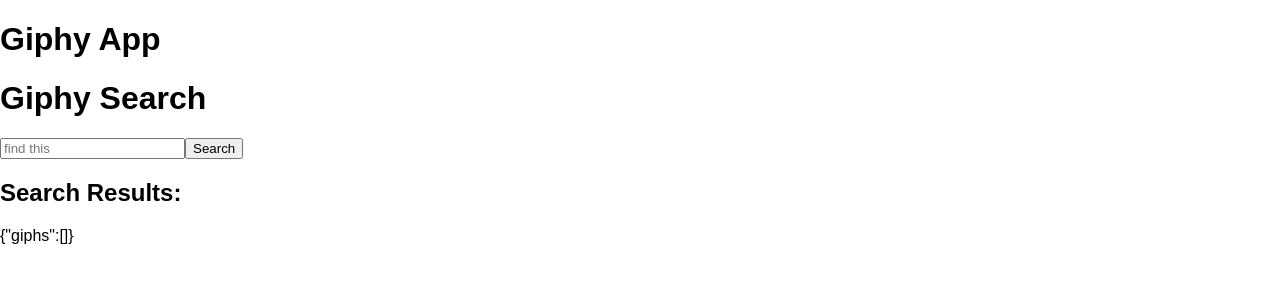
Repository: pithao/weekend-sql-to-do-react-2
Page: /
The author's editor kept a copy of each file at every save. The page is drawn from the files as they stood at one save, then again after the next save.
The browser window is 1280 px wide. The pictures show the whole page.
The project was rebuilt for these pictures with package versions that can differ from the ones it lists, and the page was loaded fresh each time. Also part of the build but not shown: vite.config.js.

Above is the page before, as saved 2024-12-05 20:07:13.

### index.html
<!DOCTYPE html>
<html lang="en">
  <head>
    <meta charset="utf-8">
    <meta name="viewport" content="width=device-width, initial-scale=1, shrink-to-fit=no">
    <meta name="theme-color" content="#000000">
    <!--
      manifest.json provides metadata used when your web app is added to the
      homescreen on Android. See https://developers.google.com/web/fundamentals/engage-and-retain/web-app-manifest/
    -->
    <link rel="manifest" href="/manifest.json">
    <link rel="shortcut icon" href="/favicon.ico">
    <!--
      Notice the use of  in the tags above.
      It will be replaced with the URL of the `public` folder during the build.
      Only files inside the `public` folder can be referenced from the HTML.

      Unlike "/favicon.ico" or "favicon.ico", "/favicon.ico" will
      work correctly both with client-side routing and a non-root public URL.
      Learn how to configure a non-root public URL by running `npm run build`.
    -->
    <title>React App</title>
  </head>
  <body>
    <noscript>
      You need to enable JavaScript to run this app.
    </noscript>
    <div id="root"></div>
    <!--
      This HTML file is a template.
      If you open it directly in the browser, you will see an empty page.

      You can add webfonts, meta tags, or analytics to this file.
      The build step will place the bundled scripts into the <body> tag.

      To begin the development, run `npm start` or `yarn start`.
      To create a production bundle, use `npm run build` or `yarn build`.
    -->



<script type="module" src="/src/index.jsx"></script>
  </body>
</html>

### src/components/App/App.jsx
import {useState, useEffect} from 'react';
import Search from '../Search/Search';

function App () {

  return (
    <div>
      <h1>Giphy App</h1>
      <Search />
    </div>
  );

}

export default App

### src/components/Search/Search.jsx
import {useState, useEffect} from 'react';
import axios from 'axios';
import GiphsList from '../GiphsList/GiphsList';

function Search () {
    const [ searchText, setSearchText] = useState('');
    const [ giphs, setGiphs ] = useState( [] );

  function searchNow(){
    console.log('in searchNow:', searchText);
    // axios call to giphy

    const url = `https://api.giphy.com/v1/gifs/search?api_key=84QiQD0CU1Ep4qL3Z904TnFon6vVuKep&q= ${searchText} &limit=25&offset=0&rating=g&lang=en&bundle=messaging_non_clips`
    axios.get( url ).then(function(response){
      console.log(response.data);
      setGiphs(response.data.data); //specific to giphy
    }).catch(function(err){
      console.log(err);
      alert('error getting Giphs')

    })
    }


  return (
    <div>
      <h1>Giphy Search</h1>
      <input type='text' placeholder='find this' onChange={ (e) =>setSearchText( e.target.value ) }/>
      <button onClick={ searchNow }>Search</button>
      <div>

      </div>
      <GiphsList giphs={ giphs }/>
    </div>
  );

}

export default Search

// import { useState, useEffect } from 'react';
// import axios from 'axios';

// function Search () {

//   function searchNow(){
//     console.log( 'in searchNow:', searchText );
//     // axios call to giphy
//     const url = `https://api.giphy.com/v1/gifs/search?api_key=o2scmkIZPtYY63Yq8bXVhlRFkM1JM9X6&q=${ searchText }&limit=25&offset=0&rating=g&lang=en&bundle=messaging_non_clips`;
//     axios.get( url ).then( function ( response ){
//       console.log( response.data );
//       setGiphs( response.data.data ); // specific to giphy
//     }).catch( function( err ){
//       console.log( err );
//       alert( 'error getting Giphs' );
//     })
//   }

//   const [ searchText, setSearchText ] = useState( '' );
//   const [ giphs, setGiphs ] = useState( [] );

//   return (
//     <div>
//       <h1>Giphy Search</h1>
//       <input type='text' placeholder='find this' onChange={ ( e )=>setSearchText( e.target.value ) }/>
//       <button onClick={ searchNow }>Search</button>
//       <div>
//         <h2>Search Results:</h2>
//         {
//           giphs.map( ( giph, index )=>(
//             <img key={index} src={ giph.images.original.url } />
//           ))
//         }
//       </div>
//     </div>
//   );

// }

// export default Search

### src/components/GiphsList/GiphsList.jsx
import {useState, useEffect} from 'react';
import axios from 'axios';


function GiphsList ( giphs ) {

  const [ hook, setHook ] = useState('');

  return (
    <div>
      <h2>Search Results:</h2>
        {
          giphs.giphs.map( ( giph, index )=>( //added another .giphs since it says undefined
            <img key={index} src={ giph.images.original.url } />
          ))
        }

      <p>{JSON.stringify( giphs ) }</p>
    </div>
  );

}

export default GiphsList

Loaded but not shown: src/index.jsx (common file); src/index.css (common file)

After the next save:
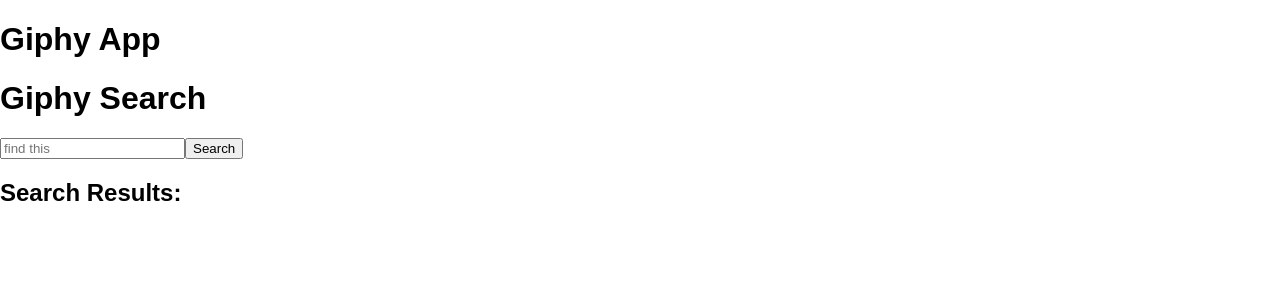
Saved 5 s later.
--- a/src/components/GiphsList/GiphsList.jsx
+++ b/src/components/GiphsList/GiphsList.jsx
@@ -15,7 +15,7 @@
           ))
         }
 
-      <p>{JSON.stringify( giphs ) }</p>
+      {/* <p>{JSON.stringify( giphs ) }</p> */}
     </div>
   );
 
